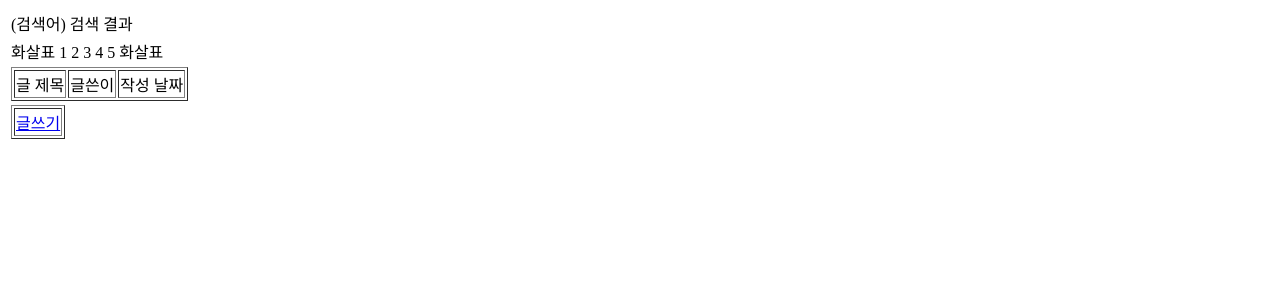
Repository: GOHO97/Haheeho
Page: http://localhost/Haheeho_Adblock/WEB-INF/views/board/board.jsp
An editor plug-in stored every save of this project. The page is shown before and after the next save, followed by the edit.
The browser window is 1280 px wide. The pictures show the whole page.
The page is served by Tomcat 9. Nobody is signed in. The template is opened directly, without the code that normally fills it, so the values that code supplies are empty.

Above is the page before, as saved 2022-10-31 01:49:27.

After the next save:
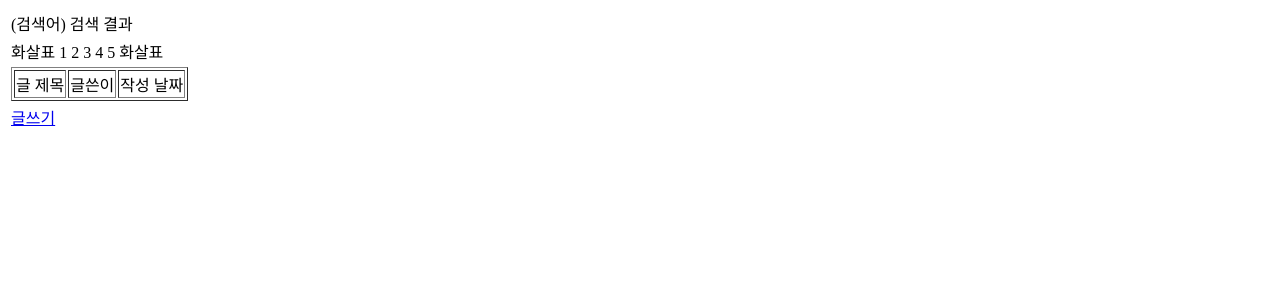
Saved 10 min 29 s later.
--- a/Haheeho_Adblock/src/main/webapp/WEB-INF/views/board/board.jsp
+++ b/Haheeho_Adblock/src/main/webapp/WEB-INF/views/board/board.jsp
@@ -37,13 +37,7 @@
 		</tr>
 		<tr>
 			<td>
-				<table border="1" id="boardPostGoBtn">
-					<tr>
-						<td>
-							<a href="board.write.go">글쓰기</a>
-						</td>
-					</tr>
-				</table>
+				<a href="board.write.go">글쓰기</a>
 			</td>
 		</tr>
 	</table>
